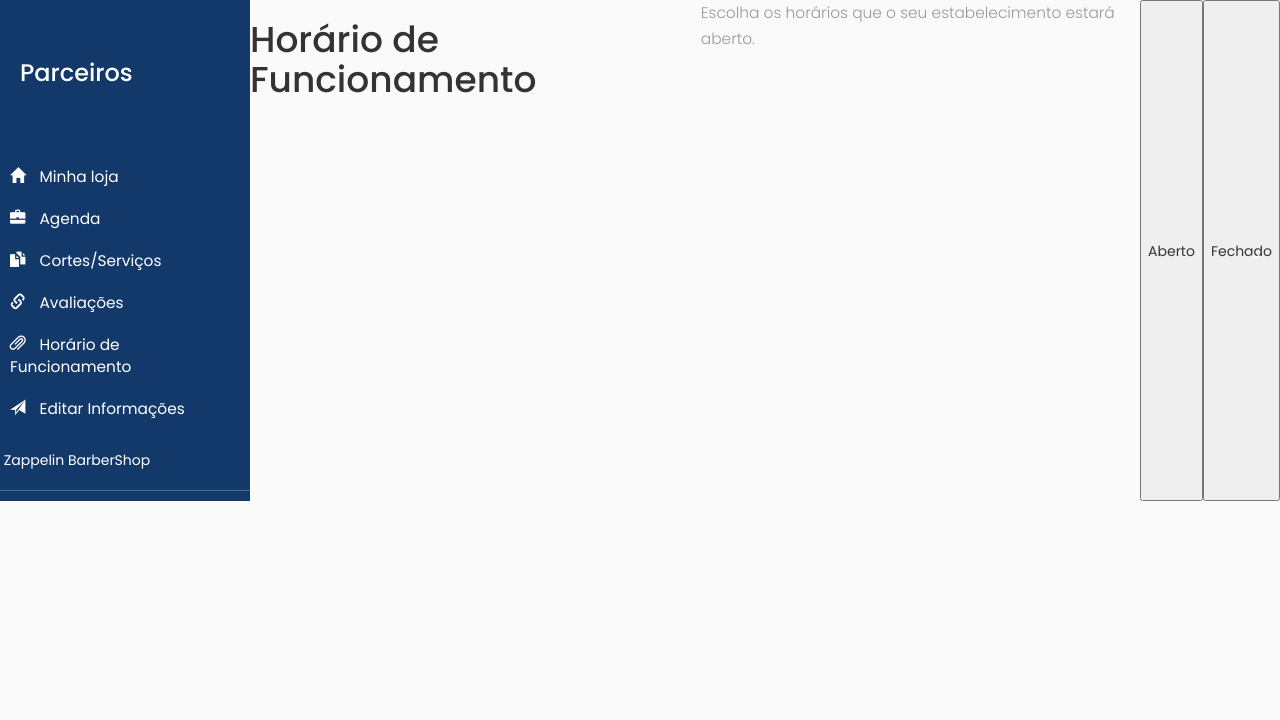
Repository: aquilesascar/barberconnect
Page: http://localhost/horario.php
These files come from the project's save history. The page is drawn as it stood at one moment and after a run of saves; the edit follows.
The browser window is 1280 px wide. The pictures show the whole page.
The page is run by PHP 8.4 with error messages shown; the project is at /var/www/html/.

Above is the page before, as saved 2023-10-09 13:30:45.

### horario.php
<!DOCTYPE html>
<html lang="en">

<head>
    <meta charset="UTF-8">
    <meta http-equiv="X-UA-Compatible" content="IE=edge">
    <meta name="viewport" content="width=device-width, initial-scale=1.0">
    <title>Document</title>

    <!-- Bootstrap CSS CDN -->
    <link rel="stylesheet" href="https://maxcdn.bootstrapcdn.com/bootstrap/3.3.7/css/bootstrap.min.css">
    <!-- Our Custom CSS -->
    <link rel="stylesheet" href="../TCC/assets/css/style4.css">
    <style>


    </style>

</head>

<body>
    <div class="wrapper">
        <?php
        //INCLUSÃO DO MENU
        include_once('menu.php');
        ?>

        <h1>Horário de Funcionamento</h1>
        <p>Escolha os horários que o seu estabelecimento estará aberto.</p>
        <br>

        <button id="botao1" onclick="selecionarBotao(1)">Aberto</button>

        <button id="botao2" onclick="selecionarBotao(2)">Fechado</button>

    </div>

    <script>
        function selecionarBotao(botaoSelecionado) {
            // Desativa o botão que foi clicado
            document.getElementById('botao' + botaoSelecionado).disabled = true;

            // Ativa o outro botão
            var outroBotao = botaoSelecionado === 1 ? 2 : 1;
            document.getElementById('botao' + outroBotao).disabled = false;
        }
    </script>

</body>

</html>

### menu.php
<nav id="sidebar">
    <div class="sidebar-header">
        <h3>Parceiros</h3>
        <strong>BC</strong>
    </div>

    <ul class="list-unstyled components">
        <li>
            <a href="index4.php">
                <i class="glyphicon glyphicon-home"></i>
                Minha loja
            </a>

        </li>
        <li>
            <a href="agenda.php">
                <i class="glyphicon glyphicon-briefcase"></i>
                Agenda
            </a>

            <a href="corteclassico.php" aria-expanded="false">
                <i class="glyphicon glyphicon-duplicate"></i>
                Cortes/Serviços
            </a>
        </li>
        <li>
            <a href="avaliacoes.php">
                <i class="glyphicon glyphicon-link"></i>
                Avaliações
            </a>
        </li>
        <li>
            <a href="horario.php">
                <i class="glyphicon glyphicon-paperclip"></i>
                Horário de Funcionamento
            </a>
        </li>
        <li>
            <a href="#">
                <i class="glyphicon glyphicon-send"></i>
                Editar Informações
            </a>
        </li>
        <li>
            <a href="#"></a>
            <i class="glyphicon glyphicon-logout"></i>
            Zappelin BarberShop
        </li>
    </ul>

</nav>

### assets/css/style4.css
@import "https://fonts.googleapis.com/css?family=Poppins:300,400,500,600,700";

.form-check form-switch {
    text-align: justify;
}

h2 {
    padding-top: 20px;
}

h3 {
    padding-bottom: 20px;
    padding-top: 20px;
}

#sidebarCollapse {
    display: flex;
    align-items: center;
    justify-content: center;
}

#sidebarCollapse:hover {

    background-color: #05234b;
    color: white;
    align-items: center;
}

#lorem{
    color: #fafafa;
    font-size: 14px;
    user-select: none; /* Evita a seleção de texto */
    cursor: default;   /* Mantém o cursor padrão */
}


.coverImg {
    display: flex;
    justify-content: center;
}

.cover {
    border-radius: 8px;
}

.images {
    padding-bottom: 6% !important;
}

.linha{
    padding-bottom: 3%;
}

.filtros button {
    align-items: center !important;
    justify-content: center;
    border-radius: 25px !important;
    padding: 5px 17px;
    background-color: transparent;
    border-color: #8c8c8c !important;
    color: #8c8c8c;
    font-size: 16px !important;
    margin-right: 20px;
    font-weight: 450;
}

.filtros button:hover {
    background-color: transparent !important;
    /* Remove a mudança de cor de fundo */
    border-color: #6a6a6a !important;
    /* Remove a mudança de cor da borda */
    color: #6a6a6a !important;
    /* Remove a mudança de cor do texto */
}

.btn-primary {
    align-items: center !important;
    justify-content: center;
    border-radius: 5px !important;
    background-color: transparent;
    border-color: #080808 !important;
    color: #8c8c8c;
    font-size: 13px;
    margin-right: 20px;
    font-weight: 450;
}

.btn-primary:hover {
    background-color: transparent !important;
    /* Remove a mudança de cor de fundo */
    border-color: #6a6a6a !important;
    /* Remove a mudança de cor da borda */
    color: #6a6a6a !important;
    /* Remove a mudança de cor do texto */
}

.filtros {
    padding-bottom: 1%;

}

.divForm {
    margin-left: 10%;
    margin-right: 10%;
    border-radius: 6px;
    background-color: white;
    position: relative;
}

.divTable {
    border-radius: 6px;
    background-color: white;
    position: relative;
    box-shadow: 0 4px 8px 0 rgba(0, 0, 0, 0.2);
}

.divTable table {
    width: 100%;
    border-collapse: collapse;
    font-family: Arial, sans-serif;
}

.divTable th {
    background-color: #13396B;
    color: white;
    padding: 10px;
    text-align: center;
}

.divTable td {
    padding: 18px;
    text-align: center;
    border-bottom: 1px solid #ddd;
}

.divTable tr:hover {
    background-color: #f5f5f5;
}

.divTable caption {
    caption-side: top;
    text-align: center;
    font-weight: bold;
}


.barberItem {
    box-sizing: border-box;
    width: calc(100% / 3 - 10px);
    height: 200px;
    display: inline-block;
    position: relative;
    border-radius: 15px; /* Adiciona bordas arredondadas */
    box-shadow: 0 4px 8px 0 rgba(0,0,0,0.2); /* Adiciona sombra */
    transition: transform 0.4s ease, box-shadow 0.2s ease;
    background-color: #ffffff; /* Adiciona cor de fundo */
    padding: 10px 20px;
    margin-right: 6px;
    margin-bottom: 20px; /* Espaçamento entre as linhas */
}

.barberItem:hover {
    border-color: #6a6a6a !important;
    cursor: pointer;
}

.barberItem p {
    padding-left: 15%;
    font-size: 20px !important;
    padding-bottom: 20% !important;
    display: inline-block !important;
}

.barberText {
    margin-left: 85px;
    font-size: 24px;
    align-items: center;
    position: relative;
    top: -78px;
}

.description {
    padding-top: 4%;
}

.itemDescription {
    color: #8c8c8c;
    display: block;
    padding-bottom: 5%;
}

.price {
    padding-top: 5%;
    font-weight: 700;
    font-size: 20px;
}

.infos {
    position: relative;
    top: -1px;
    display: flex;
    justify-content: space-between;
    /* Isso substituirá a necessidade de float: right; */
}

.rightInfo {
    clear: both;
}

.itemName {
    font-size: 20px;
    font-weight: 600;
    position: relative;
}

.bi-star-fill {
    font-size: 16px;

}

.barberInfo {
    padding-top: 5%;
    font-size: 16px;
}

.avaliacao {
    color: rgb(255, 213, 0);
    text-decoration: underline;
    transition: color 0.2s ease;
}

.avaliacao:hover {
    cursor: pointer;
    color: rgb(251, 209, 0);
}

.distancia {
    color: rgba(0, 0, 0, 0.45);
}

.barberText {
    padding-top: 3px;
    font-size: 16px;
}

.barberName {
    font-size: 24px;
    font-weight: 700;
    position: relative;

}

.images img {
    padding-right: 3% !important;
}

body {
    font-family: 'Poppins', sans-serif;
    background: #fafafa;
}

p {
    font-family: 'Poppins', sans-serif;
    font-size: 1.1em;
    font-weight: 300;
    line-height: 1.7em;
    color: #999;
}

a,
a:hover,
a:focus {
    color: inherit;
    text-decoration: none;
    transition: all 0.3s;
}

.navbar {
    padding: 15px 10px;
    background: #fff;
    border: none;
    border-radius: 0;
    margin-bottom: 40px;
    box-shadow: 1px 1px 3px rgba(0, 0, 0, 0.1);
}

.minImg {
    position: absolute;
    right: 0;
    top: 50%;
    transform: translateY(-50%);
    padding-right: 5%;

}


.images img {
    padding-right: 3% !important;
}

.navbar-btn {
    box-shadow: none;
    outline: none !important;
    border: none;
    color: #ffffff;
    background-color: #13396B;
}

.line {
    width: 100%;
    height: 1px;
    border-bottom: 1px dashed #ddd;
    margin: 40px 0;
}

i,
span {
    display: inline-block;
}

/* ---------------------------------------------------
    SIDEBAR STYLE
----------------------------------------------------- */
.wrapper {
    display: flex;
    height: 100%;
    /*align-items: stretch;*/
}

#agenda {
    background-color: #13396B !important;
    color: white;
    cursor: default;
}

#thData:hover {
    cursor: pointer;
}

#sidebar {
    min-width: 250px;
    max-width: 250px;
    background: #13396B;
    color: #ffffff;
    transition: all 0.3s;
}

#sidebar.active {
    min-width: 80px;
    max-width: 80px;
    text-align: center;
}

#sidebar.active .sidebar-header h3,
#sidebar.active .CTAs {
    display: none;
}

#sidebar.active .sidebar-header strong {
    display: block;
}

#sidebar ul li a {
    text-align: left;
}

#sidebar.active ul li a {
    padding: 20px 10px;
    text-align: center;
    font-size: 0.85em;
}

#sidebar.active ul li a i {
    margin-right: 0;
    display: block;
    font-size: 1.8em;
    margin-bottom: 5px;
}

#sidebar.active ul ul a {
    padding: 10px !important;
}

#sidebar.active a[aria-expanded="false"]::before,
#sidebar.active a[aria-expanded="true"]::before {
    top: auto;
    bottom: 5px;
    right: 50%;
    -webkit-transform: translateX(50%);
    -ms-transform: translateX(50%);
    transform: translateX(50%);
}

#sidebar .sidebar-header {
    padding: 20px;
    background: #13396B;
}

#sidebar .sidebar-header strong {
    display: none;
    font-size: 1.8em;
}

#sidebar ul.components {
    padding: 20px 0;
    border-bottom: 1px solid #47748b;
}

#sidebar ul li a {
    padding: 10px;
    font-size: 1.1em;
    display: block;
}

#sidebar ul li a:hover {
    color: #13396B;
    background: #fff;
}

#sidebar ul li a i {
    margin-right: 10px;
}

#sidebar ul li.active>a,
a[aria-expanded="true"] {
    color: #fff;
    background: #13396B;
}


a[data-toggle="collapse"] {
    position: relative;
}

a[aria-expanded="false"]::before,
a[aria-expanded="true"]::before {
    content: '\e259';
    display: block;
    position: absolute;
    right: 20px;
    font-family: 'Glyphicons Halflings';
    font-size: 0.6em;
}

a[aria-expanded="true"]::before {
    content: '\e260';
}


ul ul a {
    font-size: 0.9em !important;
    padding-left: 30px !important;
    background: #13396B;
}

ul.CTAs {
    padding: 20px;
}

ul.CTAs a {
    text-align: center;
    font-size: 0.9em !important;
    display: block;
    border-radius: 5px;
    margin-bottom: 5px;
}

a.download {
    background: #13396B;
    color: #13396B;
}

a.article,
a.article:hover {
    background: #13396B !important;
    color: #fff !important;
}

#imgCorte {
    width: 100px;
}

/* ---------------------------------------------------
    CONTENT STYLE
----------------------------------------------------- */
#content {
    padding: 20px;
    min-height: 100vh;
    transition: all 0.3s;
}


/* ---------------------------------------------------
    MEDIAQUERIES
----------------------------------------------------- */
@media (max-width: 768px) {
    #sidebar {
        min-width: 80px;
        max-width: 80px;
        text-align: center;
        margin-left: -80px !important;
    }

    a[aria-expanded="false"]::before,
    a[aria-expanded="true"]::before {
        top: auto;
        bottom: 5px;
        right: 50%;
        -webkit-transform: translateX(50%);
        -ms-transform: translateX(50%);
        transform: translateX(50%);
    }

    #sidebar.active {
        margin-left: 0 !important;
    }

    #sidebar .sidebar-header h3,
    #sidebar .CTAs {
        display: none;
    }

    #sidebar .sidebar-header strong {
        display: block;
    }

    #sidebar ul li a {
        padding: 20px 10px;
    }

    #sidebar ul li a span {
        font-size: 0.85em;
    }

    #sidebar ul li a i {
        margin-right: 0;
        display: block;
    }

    #sidebar ul ul a {
        padding: 10px !important;
    }

    #sidebar ul li a i {
        font-size: 1.3em;
    }

    #sidebar {
        margin-left: 0;
    }

    #sidebarCollapse span {
        display: none;
    }
}

After the next 2 saves:
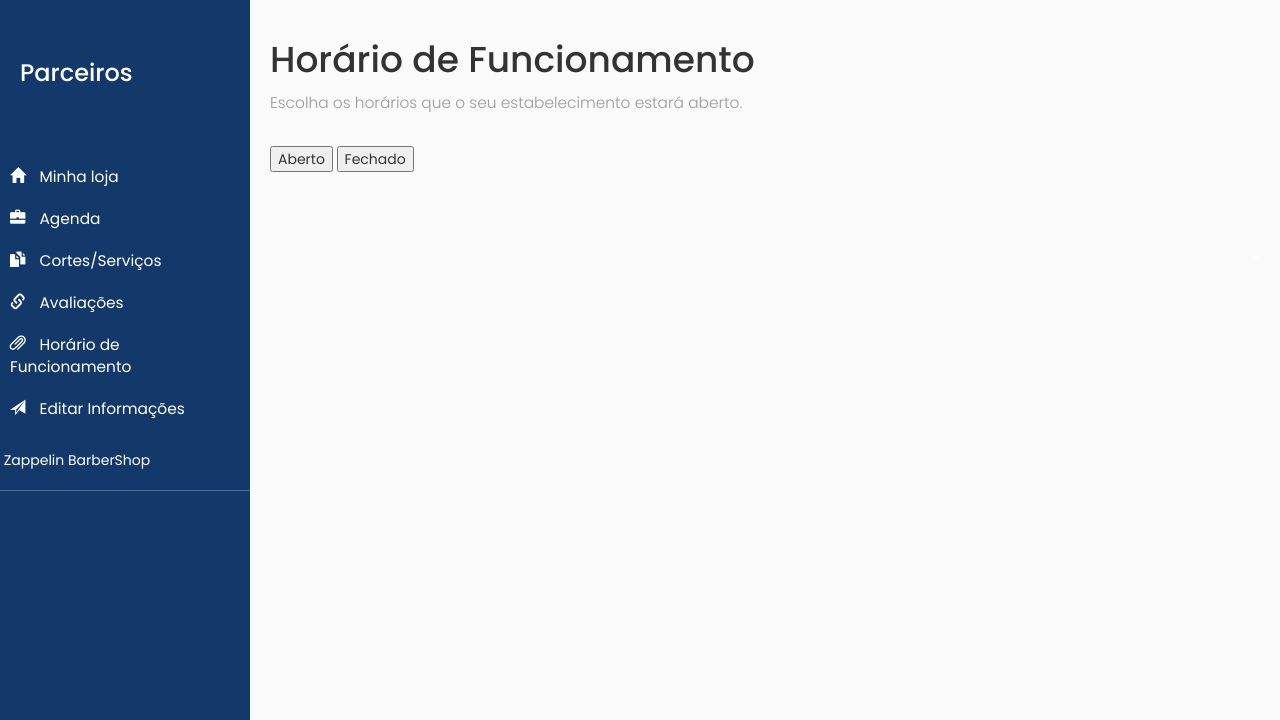
The 2 saves are shown as one change because they came seconds apart.
The last was saved 17 s later.
--- a/horario.php
+++ b/horario.php
@@ -24,6 +24,7 @@
         //INCLUSÃO DO MENU
         include_once('menu.php');
         ?>
+         <div id="content">
 
         <h1>Horário de Funcionamento</h1>
         <p>Escolha os horários que o seu estabelecimento estará aberto.</p>
